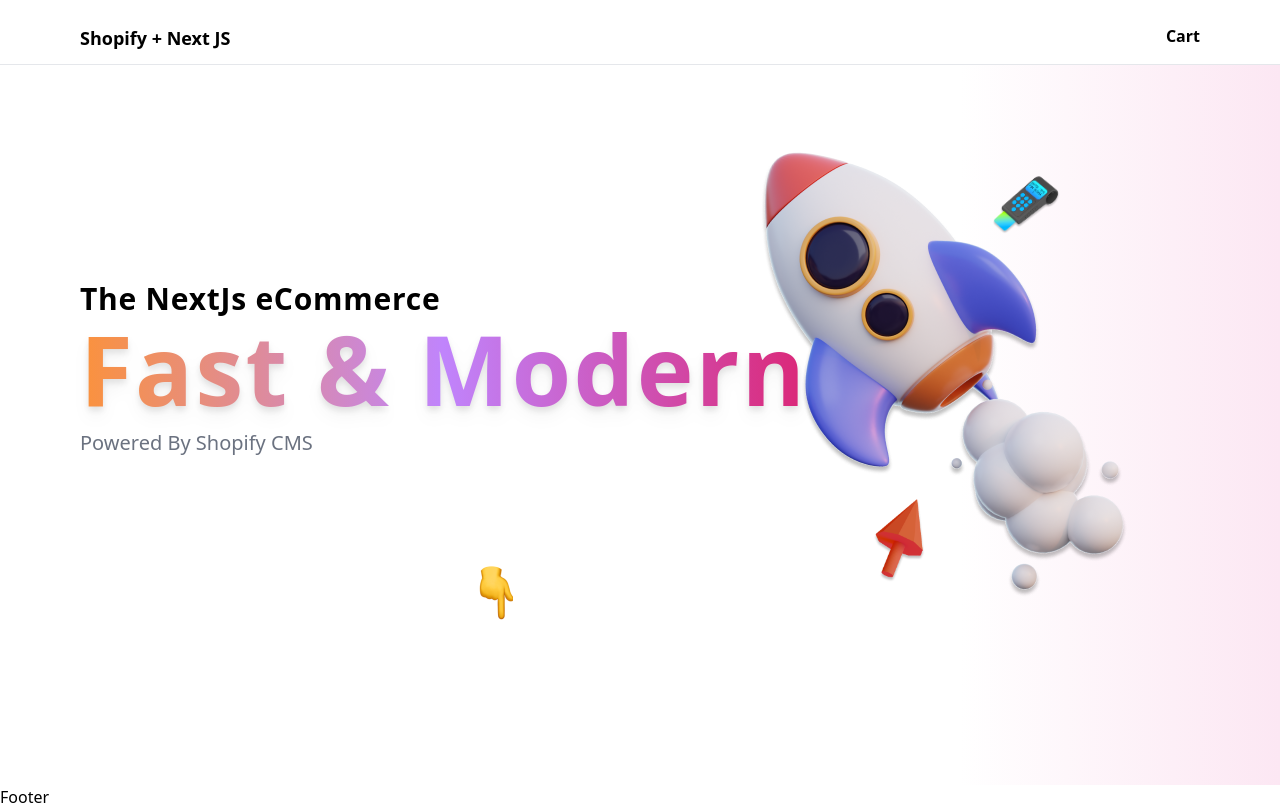
Repository: Krishna-bansall/store
Page: /
The author's editor kept a copy of each file at every save. The page is drawn from the files as they stood at one save, then again after the next save.
The browser window is 1280 px wide. The pictures show the whole page.
The project was rebuilt for these pictures with package versions that can differ from the ones it lists, and the page was loaded fresh each time. The framework's server and built-in components were replaced by stand-ins that run in the browser. Also part of the build but not shown: next.config.js, utils/helpers.js, components/ProductCard.js, components/ProductList.js.

Above is the page before, as saved 2022-04-10 18:10:44.

After the next save:
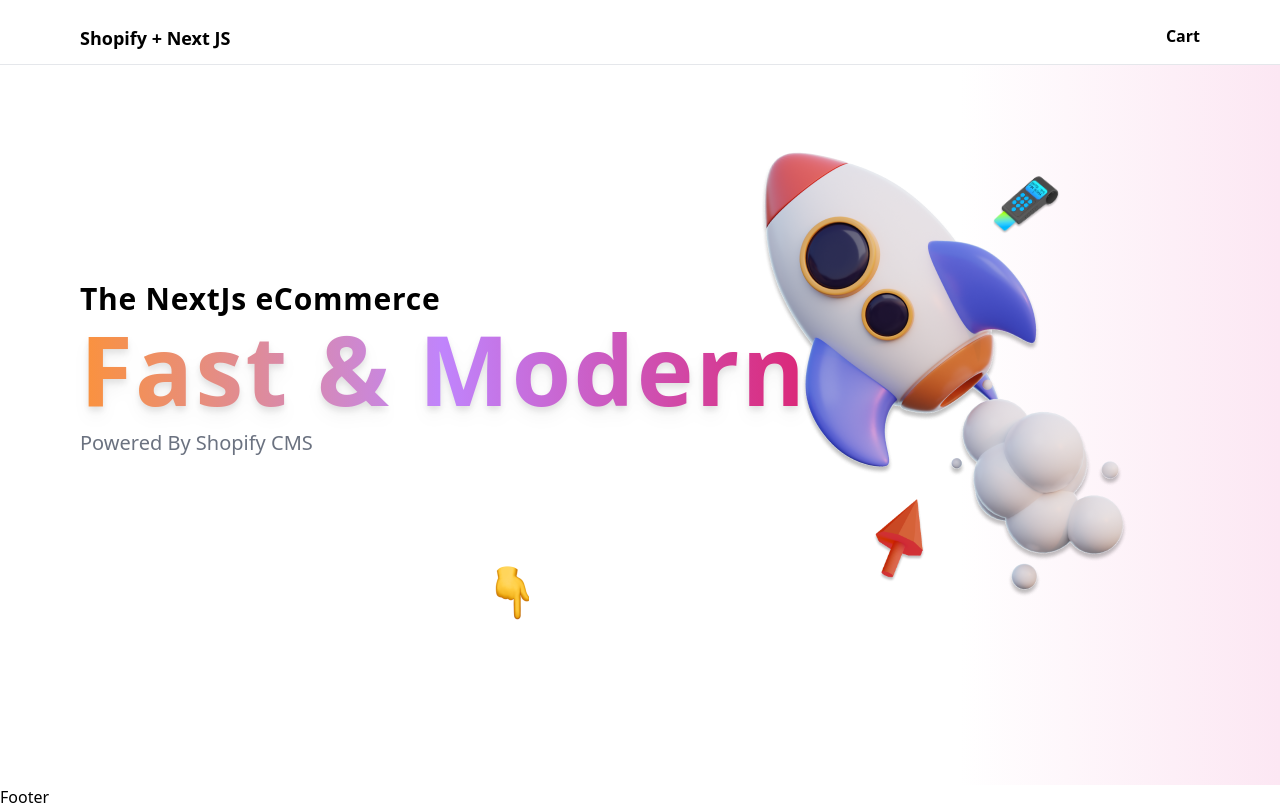
Saved 29 s later.
--- a/components/HeroSection.js
+++ b/components/HeroSection.js
@@ -57,7 +57,7 @@
           </div>
         </div>
         <div className="col-start-2 row-start-3 flex items-center justify-center md:col-start-1">
-          <div className="absolute w-10 md:ml-4 lg:ml-20">
+          <div className="w-10 md:ml-4 lg:ml-28">
             <Image src={down} alt="down" />
           </div>
         </div>
